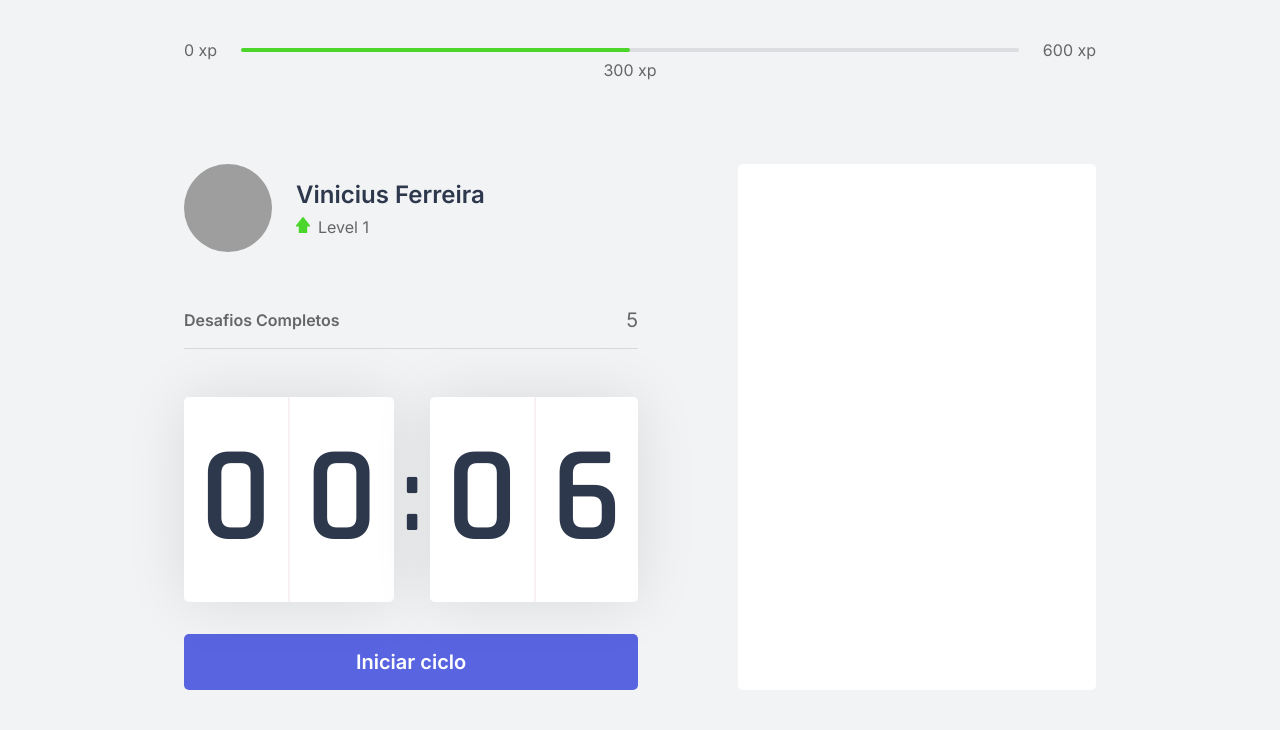
Repository: viniciusfg05/nlwFocus
Page: /
These files come from the project's save history. The page is drawn as it stood at one moment and after the next save; the edit follows.
The browser window is 1280 px wide. The pictures show the whole page.
Pictures or frames that could not be fetched are drawn as grey boxes. The project was rebuilt for these pictures with package versions that can differ from the ones it lists, and the page was loaded fresh each time. The framework's server and built-in components were replaced by stand-ins that run in the browser.

Above is the page before, as saved 2022-02-28 11:06:09.

After the next save:
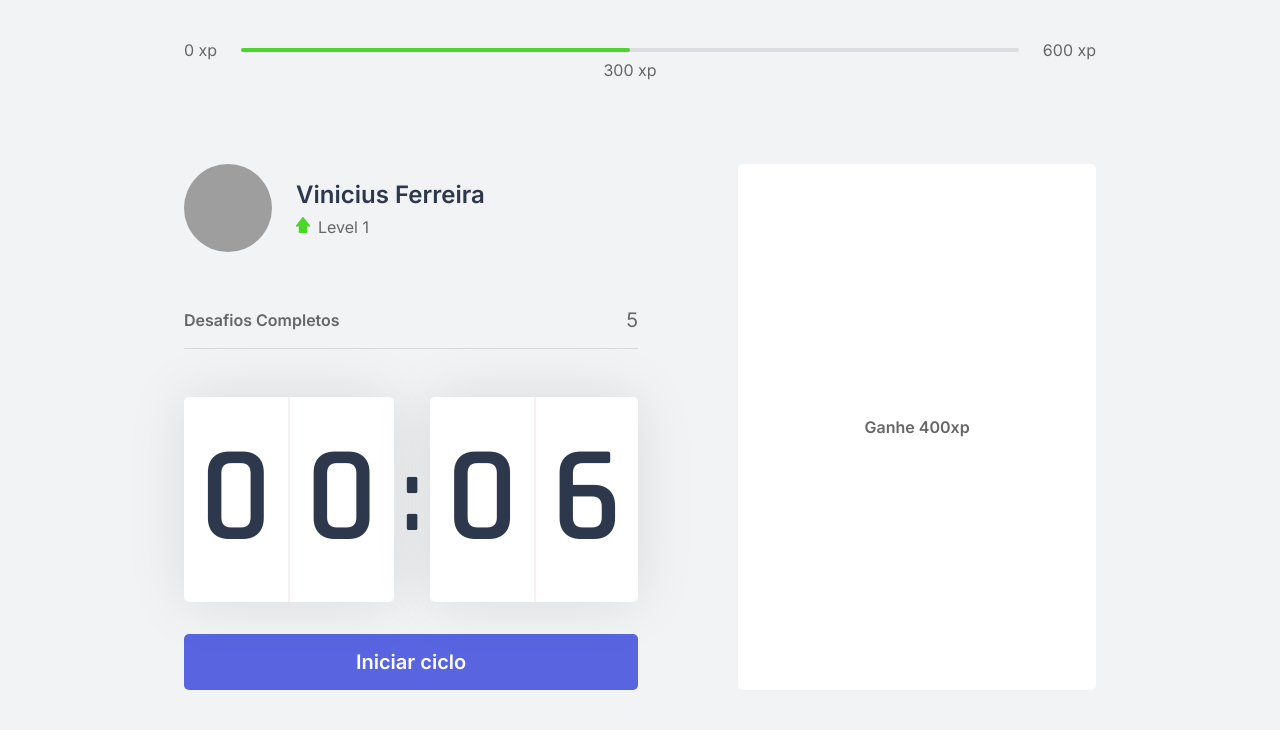
Saved 24 s later.
--- a/src/components/ChallegesBox.tsx
+++ b/src/components/ChallegesBox.tsx
@@ -7,7 +7,7 @@ export function ChallegesBox() {
     <div className={styles.ChallegesBoxContainer}>
       {hasActiveChallengen ? (
         <div className={styles.ChallegesBoxActive}>
-
+          <strong>Ganhe 400xp</strong>
         </div>
       ) : (
         <div className={styles.ChallegesBoxNotActive}>
